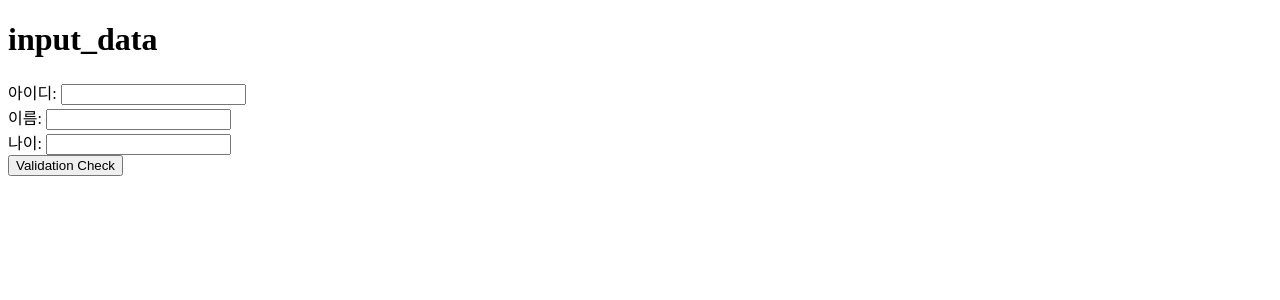
Repository: kangseongwuk/Spring
Page: http://localhost/WebSpringSample13_ValidationCheck/input_data
An editor plug-in stored every save of this project. The page is shown before and after the next save, followed by the edit.
The browser window is 1280 px wide. The pictures show the whole page.
The page is served by Tomcat 9. Other server files are loaded and not shown.

Above is the page before, as saved 2022-10-20 02:53:39.

### WebSpringSample13_ValidationCheck/src/main/webapp/WEB-INF/views/input_data.jsp
<%@ page language="java" contentType="text/html; charset=UTF-8"
    pageEncoding="UTF-8"%>
    <%@ taglib prefix="spring" uri="http://www.springframework.org/tags" %>
<!DOCTYPE html>
<html>
<head>
<meta charset="UTF-8">
<title>Insert title here</title>
</head>
<body>
	<h1>input_data</h1>
	<form action="input_pro" method="post">
		아이디: <input type="text" name="id"/><br>
			  <spring:hasBindErrors name="dataBean">
				<c:if test="${errors.hasFieldErrors('id')}">
					<strong>${errors.getFieldError('id').defaultMessage }</strong><br/>
				</c:if>
			  </spring:hasBindErrors>
		이름: <input type="text" name="strname"/><br>
			  <spring:hasBindErrors name="dataBean">
				<c:if test="${errors.hasFieldErrors('strname')}">
					<strong>${errors.getFieldError('strname').defaultMessage }</strong><br/>
				</c:if>
			  </spring:hasBindErrors>
		나이: <input type="text" name="age"/><br>
			  <spring:hasBindErrors name="dataBean">
				<c:if test="${errors.hasFieldErrors('age')}">
					<strong>${errors.getFieldError('age').defaultMessage }</strong><br/>
				</c:if>
			  </spring:hasBindErrors>
		<button type="submit">Validation Check</button>
	</form>
</body>
</html>

After the next save:
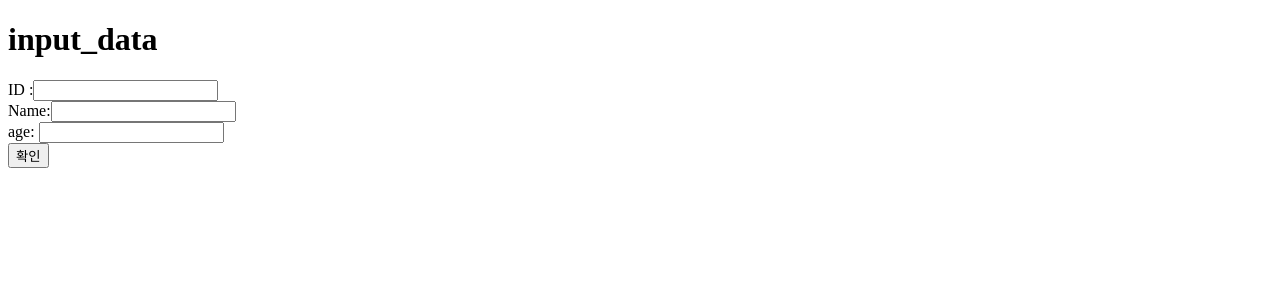
Saved 28 s later.
--- a/WebSpringSample13_ValidationCheck/src/main/webapp/WEB-INF/views/input_data.jsp
+++ b/WebSpringSample13_ValidationCheck/src/main/webapp/WEB-INF/views/input_data.jsp
@@ -1,34 +1,35 @@
 <%@ page language="java" contentType="text/html; charset=UTF-8"
     pageEncoding="UTF-8"%>
-    <%@ taglib prefix="spring" uri="http://www.springframework.org/tags" %>
+<%@ taglib prefix="c" uri="http://java.sun.com/jsp/jstl/core" %>
+<%@ taglib prefix="spring" uri="http://www.springframework.org/tags" %>
 <!DOCTYPE html>
 <html>
 <head>
 <meta charset="UTF-8">
-<title>Insert title here</title>
+<title>데이터 입력</title>
 </head>
 <body>
 	<h1>input_data</h1>
 	<form action="input_pro" method="post">
-		아이디: <input type="text" name="id"/><br>
-			  <spring:hasBindErrors name="dataBean">
+		ID :<input type="text" name="id"/><br>
+			<spring:hasBindErrors name="dataBean">
 				<c:if test="${errors.hasFieldErrors('id')}">
 					<strong>${errors.getFieldError('id').defaultMessage }</strong><br/>
 				</c:if>
-			  </spring:hasBindErrors>
-		이름: <input type="text" name="strname"/><br>
-			  <spring:hasBindErrors name="dataBean">
+	  		</spring:hasBindErrors>
+		Name:<input type="text" name="strname"/><br>
+			<spring:hasBindErrors name="dataBean">
 				<c:if test="${errors.hasFieldErrors('strname')}">
 					<strong>${errors.getFieldError('strname').defaultMessage }</strong><br/>
 				</c:if>
-			  </spring:hasBindErrors>
-		나이: <input type="text" name="age"/><br>
-			  <spring:hasBindErrors name="dataBean">
+	  		</spring:hasBindErrors>
+		age: <input type="text" name="age"/><br>
+			<spring:hasBindErrors name="dataBean">
 				<c:if test="${errors.hasFieldErrors('age')}">
 					<strong>${errors.getFieldError('age').defaultMessage }</strong><br/>
 				</c:if>
-			  </spring:hasBindErrors>
-		<button type="submit">Validation Check</button>
+  			</spring:hasBindErrors>
+		<button type="submit">확인</button>
 	</form>
 </body>
 </html>
